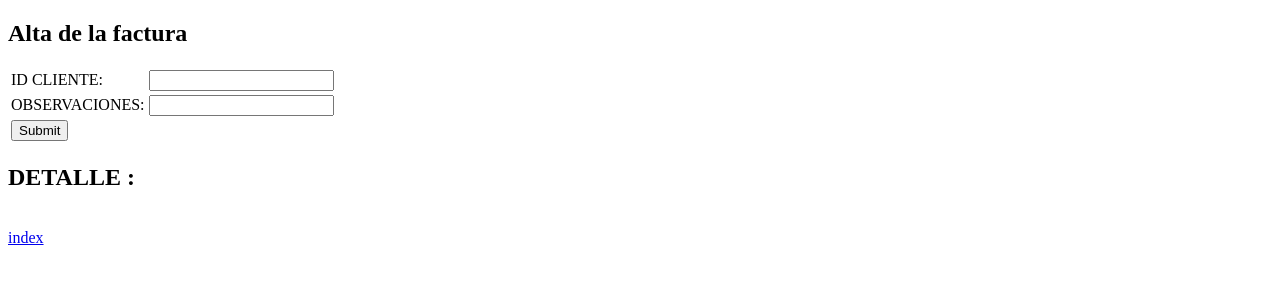
Repository: jaimedelgado/Formacion-JAVA
Page: http://localhost/facturasJ2EEMejorado/altaFactura.jsp
The author's editor kept a copy of each file at every save. The page is drawn from the files as they stood at one save, then again after the next save.
The browser window is 1280 px wide. The pictures show the whole page.
The page is served by Tomcat 9. Other server files are loaded and not shown.

Above is the page before, as saved 2015-10-23 09:59:59.

### facturasJ2EEMejorado/WebContent/altaFactura.jsp
<%@ page language="java" contentType="text/html; charset=ISO-8859-1" pageEncoding="ISO-8859-1"%>
<%@ taglib prefix="c" uri="http://java.sun.com/jsp/jstl/core"%>

<!DOCTYPE html>
<html>
	<head>
		<meta charset="UTF-8">
		<title>ALTA DE LA FACTURA</title>
	</head>
	<body>
		<h2>Alta de la factura</h2>

		<form action="SvAltaFactura">
			<table>

				<tr>
					<td>ID CLIENTE: </td>
					<td><input type="text" name="idCliente"/></td>
				</tr>
				<tr>

					<!--<td>ID PRODUCTO: </td>
					<td><input type="text" name="idProducto"/></td>
				</tr>
				<tr>
					<td>CANTIDAD: </td>
					<td><input type="text" name="cantidad"/></td>
				</tr>
				<tr>
					<td>PRECIO LÍNEA DETALLE: </td>
					<td><input type="text" name="precioLineaDetalle"/></td>
				</tr>
				<tr>-->
					<td>OBSERVACIONES: </td>
					<td><input type="text" name="observaciones"/></td>
				</tr>
				<tr>
					<td><input type="submit" name="submit"/></td>
				</tr>
			</table>


			<table>



				<h2>DETALLE :</h2>

			</table>


		</form>
		<br/>
		<a href="index.jsp">index</a>
	</body>
</html>

After the next save:
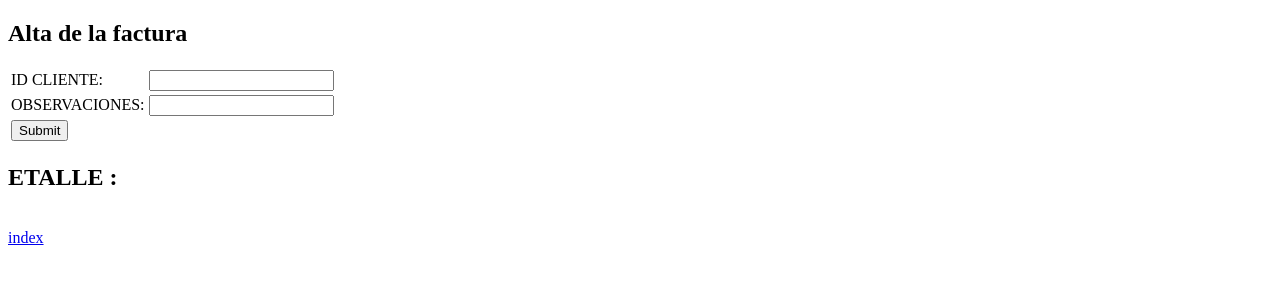
Saved 8 s later.
--- a/facturasJ2EEMejorado/WebContent/altaFactura.jsp
+++ b/facturasJ2EEMejorado/WebContent/altaFactura.jsp
@@ -44,7 +44,7 @@
 
 
 
-				<h2>DETALLE :</h2>
+				<h2> ETALLE : </h2>
 
 			</table>
 

After the save that followed:
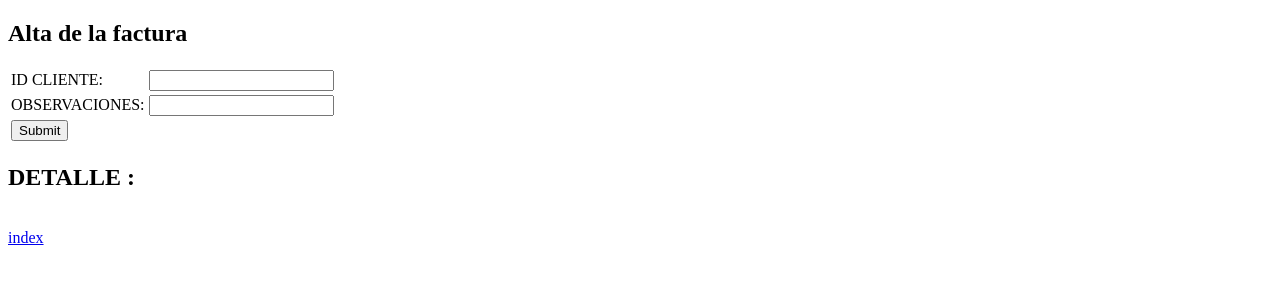
Saved 7 s later.
--- a/facturasJ2EEMejorado/WebContent/altaFactura.jsp
+++ b/facturasJ2EEMejorado/WebContent/altaFactura.jsp
@@ -44,7 +44,7 @@
 
 
 
-				<h2> ETALLE : </h2>
+				<h2> DETALLE : </h2>
 
 			</table>
 
